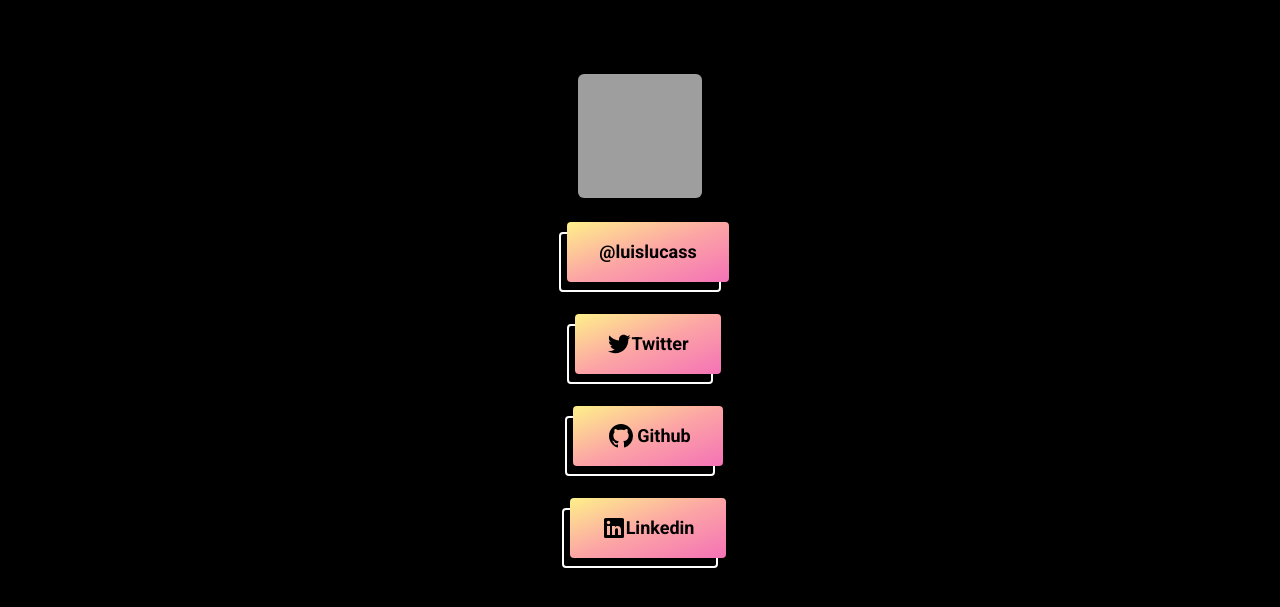
Repository: LuisSempre/link-to
Page: index.html
The author's editor kept a copy of each file at every save. The page is drawn from the files as they stood at one save, then again after the next save.
The browser window is 1280 px wide. The pictures show the whole page.
Pictures or frames that could not be fetched are drawn as grey boxes. Some web libraries are served in a nearby version.

Above is the page before, as saved 2022-07-05 22:44:19.

After the next save:
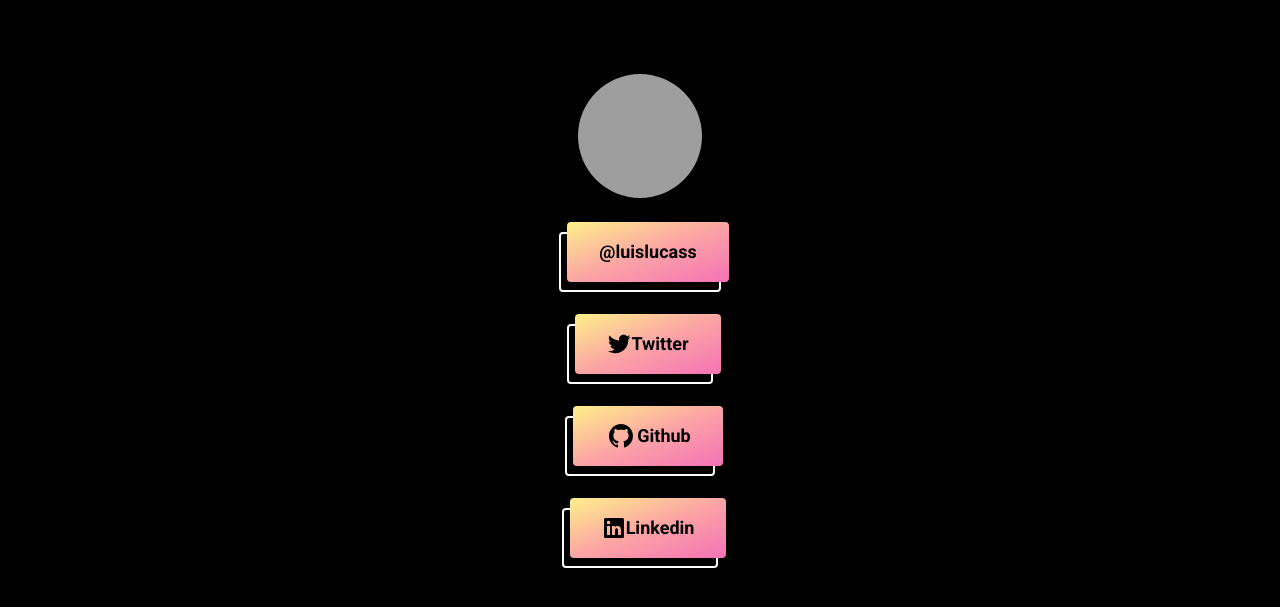
Saved 10 s later.
--- a/index.html
+++ b/index.html
@@ -19,7 +19,7 @@
                     <div class="-mt-20 flex h-full w-full flex-col items-center
                         justify-center space-y-8">
                         <img
-                            class="w-32 h-32 rounded-full relative rounded-lg p-0.5 overflow-hidden bg-transparent shadow-sm hover:border-gray-400 focus-within:ring-2 focus-within:ring-offset-2 focus-within:ring-indigo-500"
+                            class="w-32 h-32 rounded-full  p-0.5 overflow-hidden bg-transparent shadow-sm hover:border-gray-400 focus-within:ring-2 focus-within:ring-offset-2 focus-within:ring-indigo-500"
                             src="https://media-exp1.licdn.com/dms/image/C4E03AQFxPhk96MlXfQ/profile-displayphoto-shrink_800_800/0/1657066015387?e=1662595200&v=beta&t=8l3NPv3_wh4v4q8p_mHKIiNLJlaeUFYIeHHBMLw4AEI"
                             alt="">
                         <a href="https://www.instagram.com/luislucass/"
